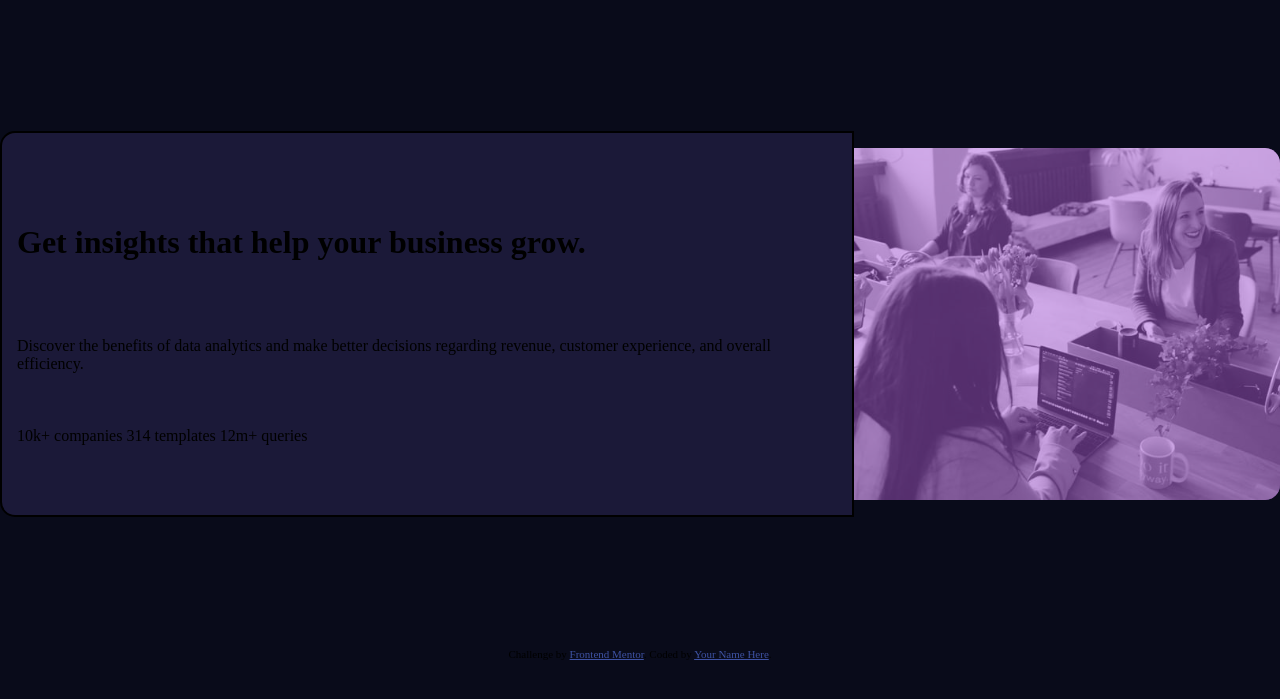
Repository: wasanmsn/Card_Challange
Page: index.html
An editor plug-in stored every save of this project. The page is shown before and after the next save, followed by the edit.
The browser window is 1280 px wide. The pictures show the whole page.

Above is the page before, as saved 2021-07-21 16:03:21.

### index.html
<!DOCTYPE html>
<html lang="en">

<head>
  <meta charset="UTF-8">
  <meta name="viewport" content="width=device-width, initial-scale=1.0">
  <!-- displays site properly based on user's device -->

  <link rel="icon" type="image/png" sizes="32x32" href="./images/favicon-32x32.png">
  <link rel="stylesheet" href="./stylesheet.css">

  <title>Frontend Mentor | Stats preview card component</title>

  <!-- Feel free to remove these styles or customise in your own stylesheet 👍 -->
  <style>
    .attribution {
      font-size: 11px;
      text-align: center;
    }

    .attribution a {
      color: hsl(228, 45%, 44%);
    }
  </style>
</head>

<body>
  <div class="container">
    <div class="column1">
      <h1>
        Get insights that help your business grow.
      </h1>
      <div>
        Discover the benefits of data analytics and make better decisions regarding revenue, customer
        experience, and overall efficiency.
      </div>
      <div>
        10k+ companies
        314 templates
        12m+ queries
      </div>
    </div>
      <div class="column2">
        <image id="img" src="./images/image-header-desktop.jpg">
    </div>
  </div>

  <div class="attribution">
    Challenge by <a href="https://www.frontendmentor.io?ref=challenge" target="_blank">Frontend Mentor</a>.
    Coded by <a href="#">Your Name Here</a>.
  </div>
</body>

</html>

### stylesheet.css
body{
    margin: 0;
    padding: 0;
    background-color: hsl(233, 47%, 7%);
}
.container{
    width: 100%;
    display: flex;
    height: 90vh;
    justify-content: center;
    align-items: center;

}
.column1{
    display: flex;
    flex-direction: column;
    justify-content: space-evenly;
    height: 22rem;
    padding: 15px;
    border: 2px solid black;
    border-radius: 15px 0 0 15px;
    background-color: hsl(244, 38%, 16%);

}
.column2{
    height: 22rem;
    border-radius: 0 15px 15px 0;
    background-color: hsl(277, 64%, 61%);
}
#img{
    opacity: 0.5;
    height: 100%;
    border-radius: 0 15px 15px 0;
}

After the next save:
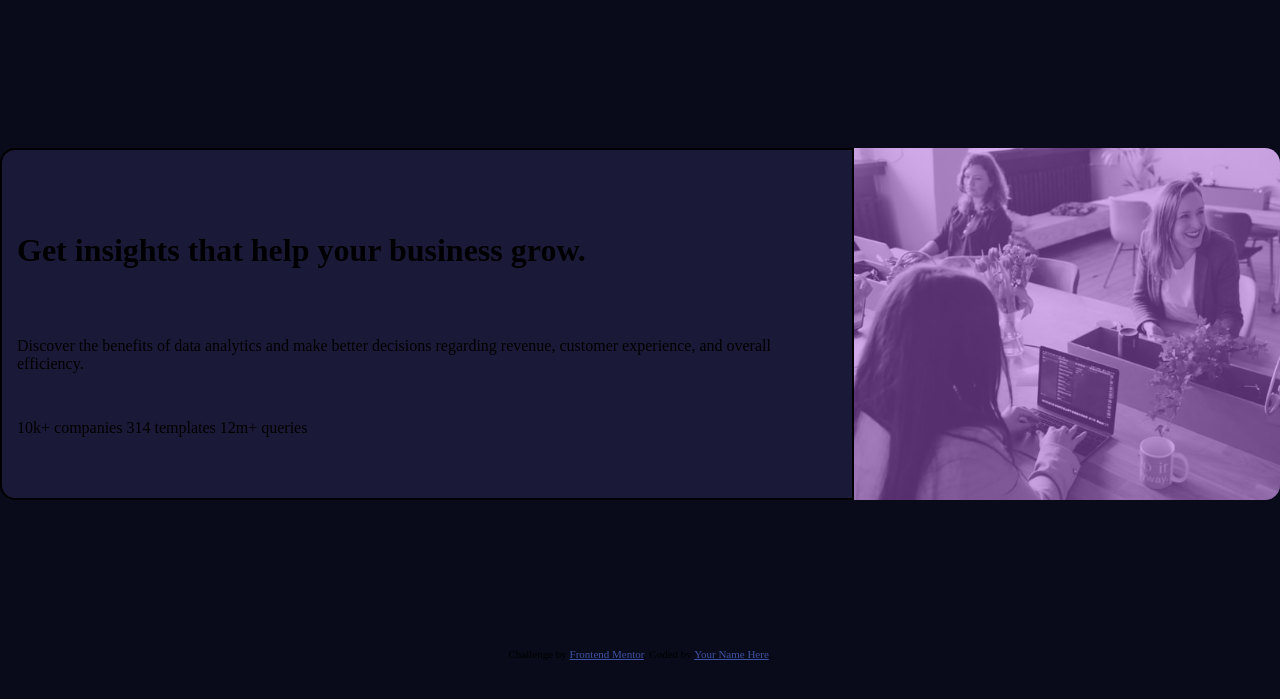
Saved 56 s later.
--- a/stylesheet.css
+++ b/stylesheet.css
@@ -12,11 +12,15 @@
 
 }
 .column1{
-    display: flex;
+    -webkit-box-sizing: border-box; /* Safari/Chrome, other WebKit */
+    -moz-box-sizing: border-box;    /* Firefox, other Gecko */
+    box-sizing: border-box;         /* Opera/IE 8+ */
+        display: flex;
     flex-direction: column;
     justify-content: space-evenly;
     height: 22rem;
     padding: 15px;
+
     border: 2px solid black;
     border-radius: 15px 0 0 15px;
     background-color: hsl(244, 38%, 16%);
